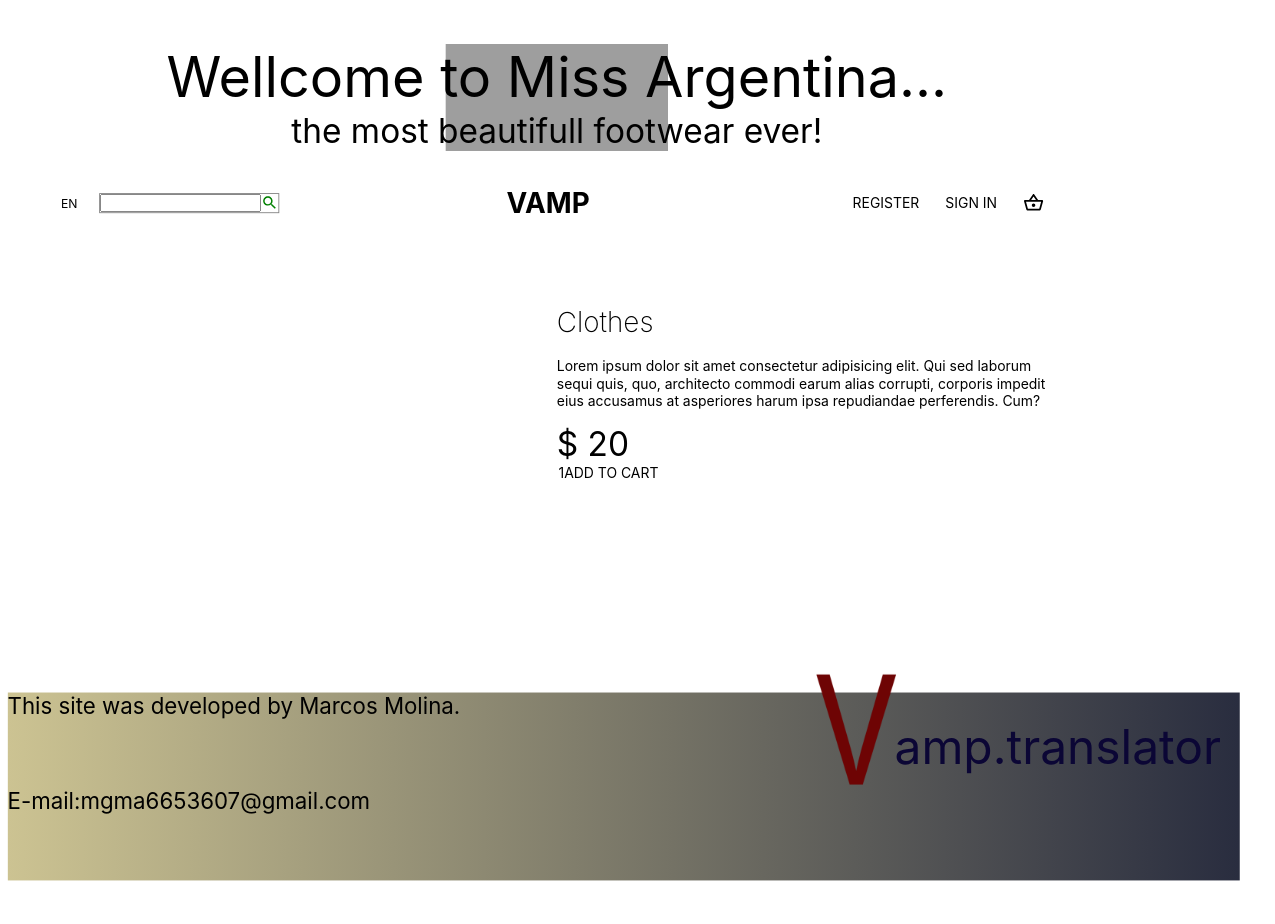
Repository: mgma2005/ecoeli
Page: /
The author's editor kept a copy of each file at every save. The page is drawn from the files as they stood at one save, then again after the next save.
The browser window is 1280 px wide. The page is 1425 px wide, then 1466 px, so the pictures cover 1466 px, including what lies to the right of the window. The pictures show the whole page, at 87% of full size.
Pictures or frames that could not be fetched are drawn as grey boxes. The project was rebuilt for these pictures with package versions that can differ from the ones it lists, and the page was loaded fresh each time. Also part of the build but not shown: src/App.css.

Above is the page before, as saved 2022-05-14 17:45:33.

### src/App.js

import './App.css';
//import Home from './pages/Home';
import React from 'react';
//import ProductList from './pages/ProductList';
import Product from './pages/Product';


function App() {
  return <Product />
}

export default App;

### src/pages/Product.jsx
import { Add } from "@material-ui/icons";
import { Remove } from "@material-ui/icons";
import styled from "styled-components";
//import Product from '../pages/Product';
import Announcement from "../Components/Announcement";
import Navbar from '../pages/Navbar';
import Footer from '../Components/Footer';




const Container = styled.div`
  padding: 50px;

`;

const Wrapper = styled.div`
  display: flex;
`;

const ImgContainer = styled.div`
  flex: 1;
`;

const Image = styled.div`
  width: 100%;
  height: 90vh;
  object-fit: cover;
`;

const InfoContainer = styled.div`
  flex: 1;
  padding: 0px 50 px;
`;

const Title = styled.h1`
  font-weight: 200;
  margin-top: 20%;
`;

const Desc = styled.p``;

const Price = styled.span`
  font-size: 3vw;
`;

const AddContainer = styled.option`
  display: flex;
  align-items: center;
  width: 50%;
  justify-content: space-between;
`;
const AmountContainer = styled.div`
  display: flex;
  align-items: center;
  font-weight: 700;
`;
const Amount = styled.span``;

const Button = styled.button``;





const Product = ({ item }) => {
  return (
    <Container>
        <Announcement/>
        <Navbar/>
        <Wrapper>
        <ImgContainer>
        <Image src="https://www.tactimex.com/wp-content/uploads/2018/11/Googles1.jpg"/>
        </ImgContainer>
        <InfoContainer>
          <Title>Clothes</Title>
          <Desc>Lorem ipsum dolor sit amet consectetur adipisicing elit. Qui sed laborum sequi quis, quo, architecto commodi earum alias corrupti, corporis impedit eius accusamus at asperiores harum ipsa repudiandae perferendis. Cum? </Desc>
          <Price>$ 20</Price>
          <AddContainer>

            <AmountContainer>
              <Remove/>
              <Amount>1</Amount>
              <Add/>
            </AmountContainer>
            <Button>ADD TO CART</Button>
          </AddContainer>
        </InfoContainer>
      </Wrapper>
      <Footer />
    </Container>
  );
};

export default Product;

### src/Components/Announcement.jsx
import styled from "styled-components";
import React from "react";

const Text = styled.div`
  font-size: 5vw;
  text-align: center;
  background-image: url("https://img.freepik.com/foto-gratis/bandera-argentina-sobre-fondo-blanco_532129-292.jpg?w=900");
  background-size: 20vw;
  background-repeat: no-repeat;
  background-position: center;



`

const P = styled.div`
  font-size: 3vw;
`


const Announcement = () => {
  return (
    <Text>
          Wellcome to Miss Argentina...
        <P>
          the most beautifull footwear ever!
        </P>
    </Text>
  )
}

export default Announcement

### src/pages/Navbar.jsx
import React from 'react';
import styled from 'styled-components';
import { Search, ShoppingBasketOutlined } from "@material-ui/icons";
import { Badge } from '@material-ui/core';



const Container = styled.div`
height: 60px;

`

const Wrapper = styled.div`
padding: 10px 20px;
display: flex;
align-items: center;
justify-content: space-between;

`

const Left = styled.div`
flex: 1;
display: flex;
align-items: center;
`

const Language = styled.span`
    font-size: 14px;
    cursor: pointer;
`

const SearchContainer = styled.div`
    border: 1px solid gray;
    display: flex;
    align-items: center;
    margin-left: 25px;
`

const Input = styled.input`
    border= none;
`
const Logo = styled.h1`
    font-weight: bold;
`


const Center = styled.div`
flex: 1;
text-align: center;
`
const Right = styled.div`
flex: 1;
display: flex;
align-items: center;
justify-content: flex-end;
`

const MenuItem = styled.div`
    font-size= 14px;
    cursor: pointer;
`

function Navbar() {
    return (
        <Container>
            <Wrapper>
            <Left>
               <Language>EN</Language>
               <SearchContainer>
                   <Input/>
                   <Search style={{color:"green", fontSize: 20}}/>
               </SearchContainer>
            </Left>
            <Center><Logo>VAMP</Logo></Center>
            <Right style={{padding: 5, margin: 5}}>
                <MenuItem>REGISTER</MenuItem>
                <MenuItem style={{padding: 30}}>SIGN IN</MenuItem>
                <MenuItem>
                <Badge badgecontent={4} color="primary">
                    <ShoppingBasketOutlined/>
                </Badge>
                </MenuItem>

            </Right>
            </Wrapper>
        </Container>
    );
}

export default Navbar;

### src/Components/Footer.jsx
import React from 'react';
import '../style.css';

  function Footer() {
	return (
		<div className="row">
			<div className="cont2">
				<div className="thissite">This site was developed by Marcos Molina.</div>
				<div className="email">E-mail:mgma6653607@gmail.com</div>
				<div className="col-6">
					<div className="V">V</div>
					<div className="ampi">amp.translator</div>
				</div>
			</div>
		</div>
	);
}

export default Footer;

### src/style.css
.cont2{
    margin-left: -3.5%;
    width: 120%;
    height: 30vh;
    background: linear-gradient(to right, rgb(204, 195, 146),rgb(41, 45, 63));

}

.thissite{
    font-size: 2vw;
    width: 70vw;

    margin-top: -6%;

}

.email{
    font-size: 2vw;
    align-content: center;
    margin-top: 5.5%;

}

.V{

        color: rgb(110, 4, 4);
        font-family: Courier;
        font-size: 15vw;
        margin-left: 64%;
        margin-top: -13.7%;



        animation-name: vamp;
        animation-timing-function: linear;
        animation-duration: 4s;
        -webkit-transform-origin-x: 5vw;
        animation-iteration-count: infinite;
    }
    @keyframes vamp{
        from{transform: rotateY(0deg);}
        to{transform: rotateY(360deg);}
    }


.ampi{
    font-size: 4.3vw;
    margin-left: 72%;
    margin-top: -9.5%;
    color: rgb(11, 6, 53);



}

Loaded but not shown: public/index.html (common file); src/index.js (common file); src/index.css (common file); src/reportWebVitals.js (common file)

After the next save:
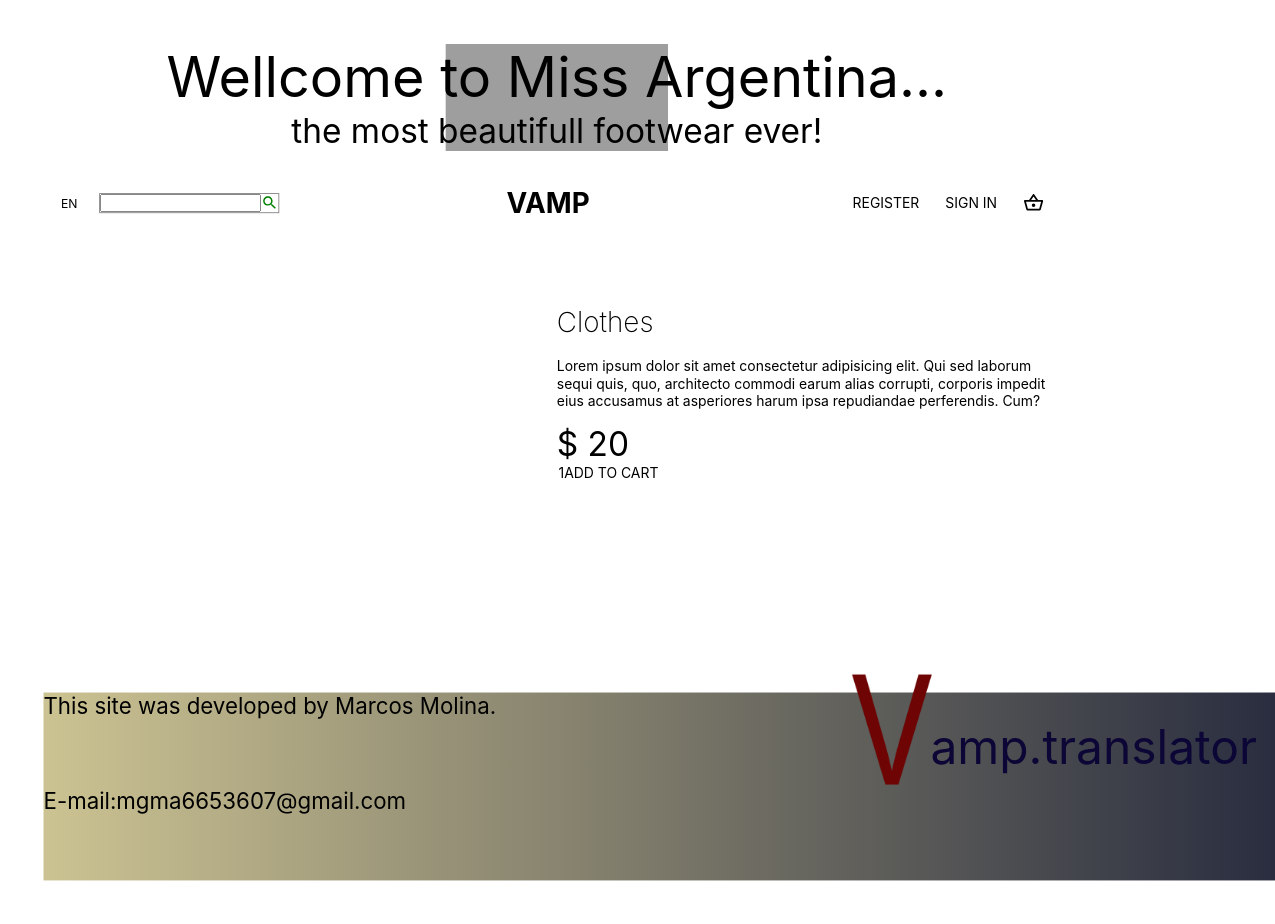
Saved 2 min 52 s later.
--- a/src/style.css
+++ b/src/style.css
@@ -1,5 +1,5 @@
 .cont2{
-    margin-left: -3.5%;
+
     width: 120%;
     height: 30vh;
     background: linear-gradient(to right, rgb(204, 195, 146),rgb(41, 45, 63));
